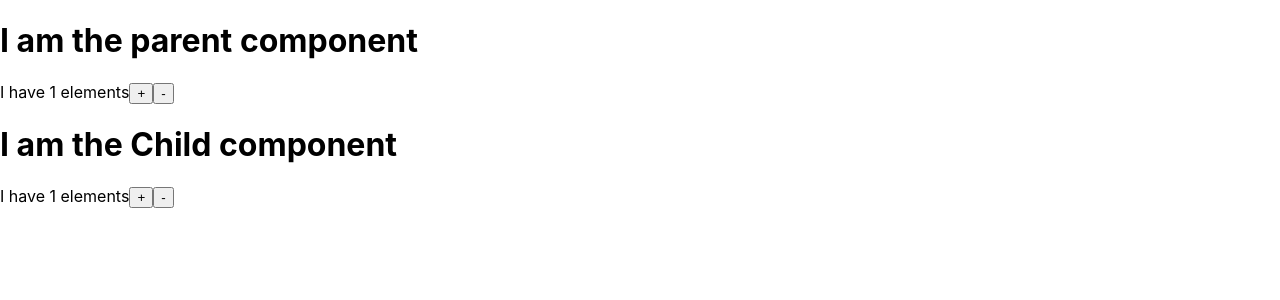
Repository: rajascript/simple-redux
Page: /
These files come from the project's save history. The page is drawn as it stood at one moment and after the next save; the edit follows.
The browser window is 1280 px wide. The pictures show the whole page.
The project was rebuilt for these pictures with package versions that can differ from the ones it lists, and the page was loaded fresh each time.

Above is the page before, as saved 2020-05-26 10:04:07.

### src/App.js
import React from "react";
import Child from "./Child";
class App extends React.Component {
  constructor(props) {
    super(props);

    this.state = {
      elements: 1,
    };
  }

  render() {
    return (
      <div className="App">
        <h1>I am the parent component</h1>I have {this.state.elements} elements
        <button
          onClick={() => this.setState({ elements: this.state.elements + 1 })}
        >
          +
        </button>
        <button
          onClick={() => this.setState({ elements: this.state.elements - 1 })}
        >
          -
        </button>
        <Child />
      </div>
    );
  }
}

export default App;

### src/Child.js
import React from "react";

class Child extends React.Component {
  constructor(props) {
    super(props);

    this.state = {
      elements: 1,
    };
  }

  render() {
    return (
      <div className="App">
        <h1>I am the Child component</h1>I have {this.state.elements} elements
        <button
          onClick={() => this.setState({ elements: this.state.elements + 1 })}
        >
          +
        </button>
        <button
          onClick={() => this.setState({ elements: this.state.elements - 1 })}
        >
          -
        </button>
      </div>
    );
  }
}

export default Child;

Loaded but not shown: public/index.html (common file); src/index.js (common file); src/index.css (common file); src/serviceWorker.js (common file)

After the next save:
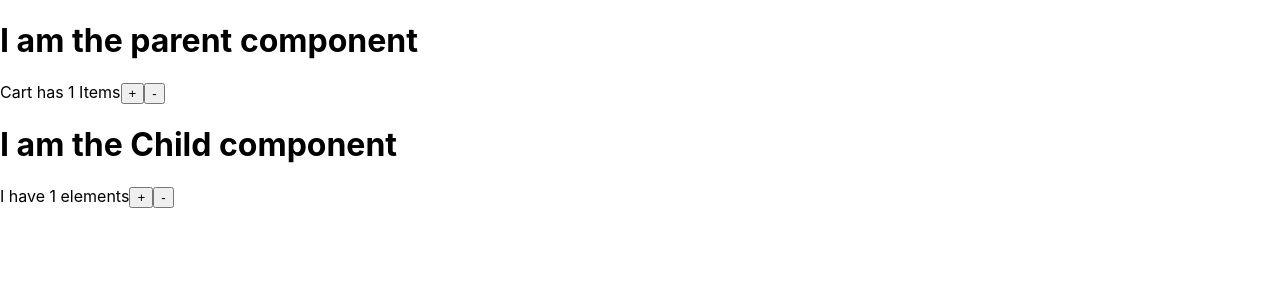
Saved 35 s later.
--- a/src/App.js
+++ b/src/App.js
@@ -12,7 +12,7 @@ class App extends React.Component {
   render() {
     return (
       <div className="App">
-        <h1>I am the parent component</h1>I have {this.state.elements} elements
+        <h1>I am the parent component</h1>Cart has {this.state.elements} Items
         <button
           onClick={() => this.setState({ elements: this.state.elements + 1 })}
         >
